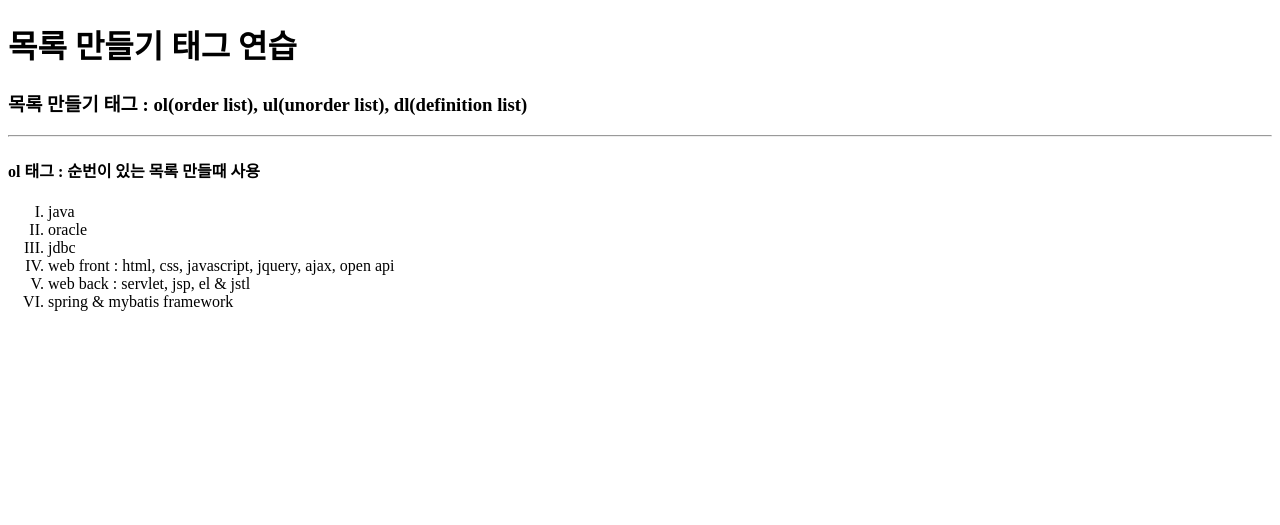
Repository: bianchi112/ict-data
Page: web_workspace/testHTMLProject2/src/main/webapp/views/test/testList.html
These files come from the project's save history. The page is drawn as it stood at one moment and after the next save; the edit follows.
The browser window is 1280 px wide. The pictures show the whole page.

Above is the page before, as saved 2024-08-14 08:47:06.

### web_workspace/testHTMLProject2/src/main/webapp/views/test/testList.html
<!DOCTYPE html>
<html>
<head>
<meta charset="UTF-8">
<title>testList</title>
</head>
<body>
<header>
	<hgroup>
		<h1>목록 만들기 태그 연습</h1>
		<h3>목록 만들기 태그 : ol(order list), ul(unorder list), dl(definition list)</h3>
	</hgroup>
</header>
<hr>
<div id="d1">
	<h4>ol 태그 : 순번이 있는 목록 만들때 사용</h4>
	<ol type="I"> <!-- 순번 종류 : 1(기본), A, a, I, i 변경할 수 있음 -->
		<li>java</li>
		<li>oracle</li>
		<li>jdbc</li>
		<li>web front : html, css, javascript, jquery, ajax, open api</li>
		<li>web back  : servlet, jsp, el & jstl</li>
		<li>spring & mybatis framework</li>
	</ol>
</div>
<div id="d2"></div>
<div id="d3"></div>
</body>
</html>

After the next save:
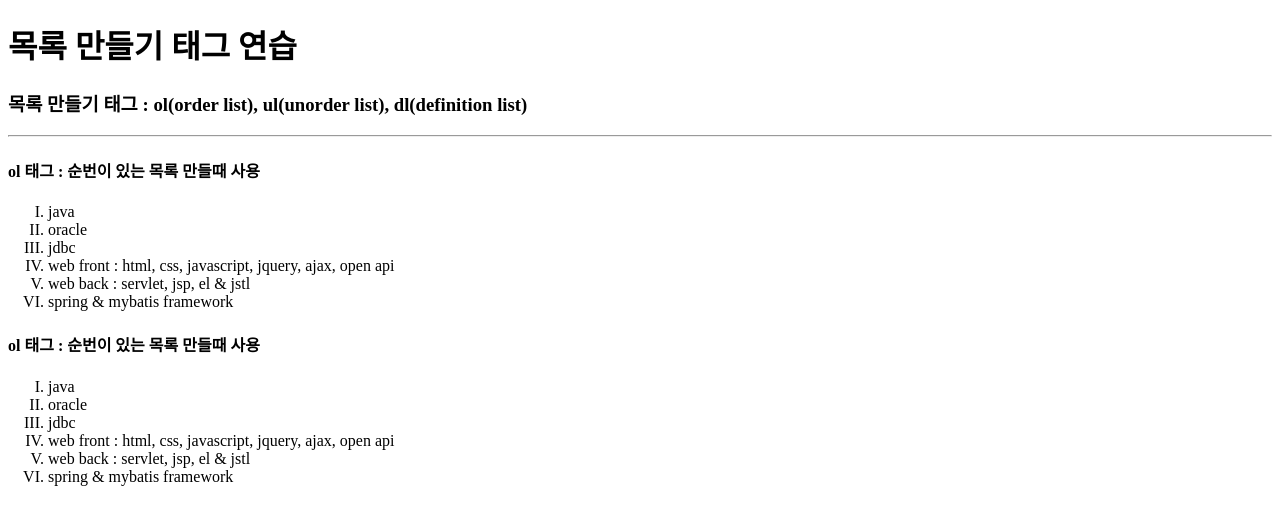
Saved 48 s later.
--- a/web_workspace/testHTMLProject2/src/main/webapp/views/test/testList.html
+++ b/web_workspace/testHTMLProject2/src/main/webapp/views/test/testList.html
@@ -23,7 +23,17 @@
 		<li>spring & mybatis framework</li>
 	</ol>
 </div>
-<div id="d2"></div>
+<div id="d2">
+	<h4>ol 태그 : 순번이 있는 목록 만들때 사용</h4>
+		<ol type="I"> <!-- 순번 종류 : 1(기본), A, a, I, i 변경할 수 있음 -->
+			<li>java</li>
+			<li>oracle</li>
+			<li>jdbc</li>
+			<li>web front : html, css, javascript, jquery, ajax, open api</li>
+			<li>web back  : servlet, jsp, el & jstl</li>
+			<li>spring & mybatis framework</li>
+		</ol>
+</div>
 <div id="d3"></div>
 </body>
 </html>
